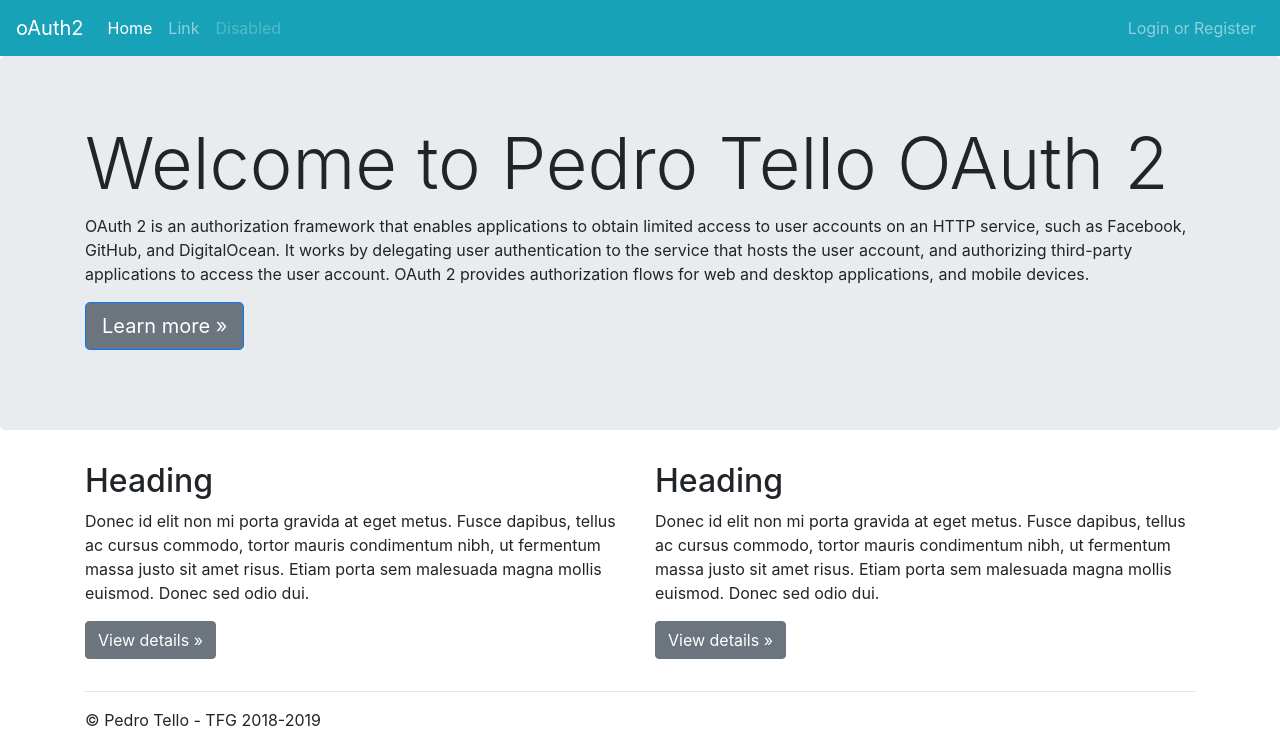
Repository: Xevit/eclipse-workspace
Page: AplicationOAuth2/src/main/webapp/index.html
These files come from the project's save history. The page is drawn as it stood at one moment and after the next save; the edit follows.
The browser window is 1280 px wide. The pictures show the whole page.
Some web libraries are served in a nearby version.

Above is the page before, as saved 2018-08-20 21:27:34.

After the next save:
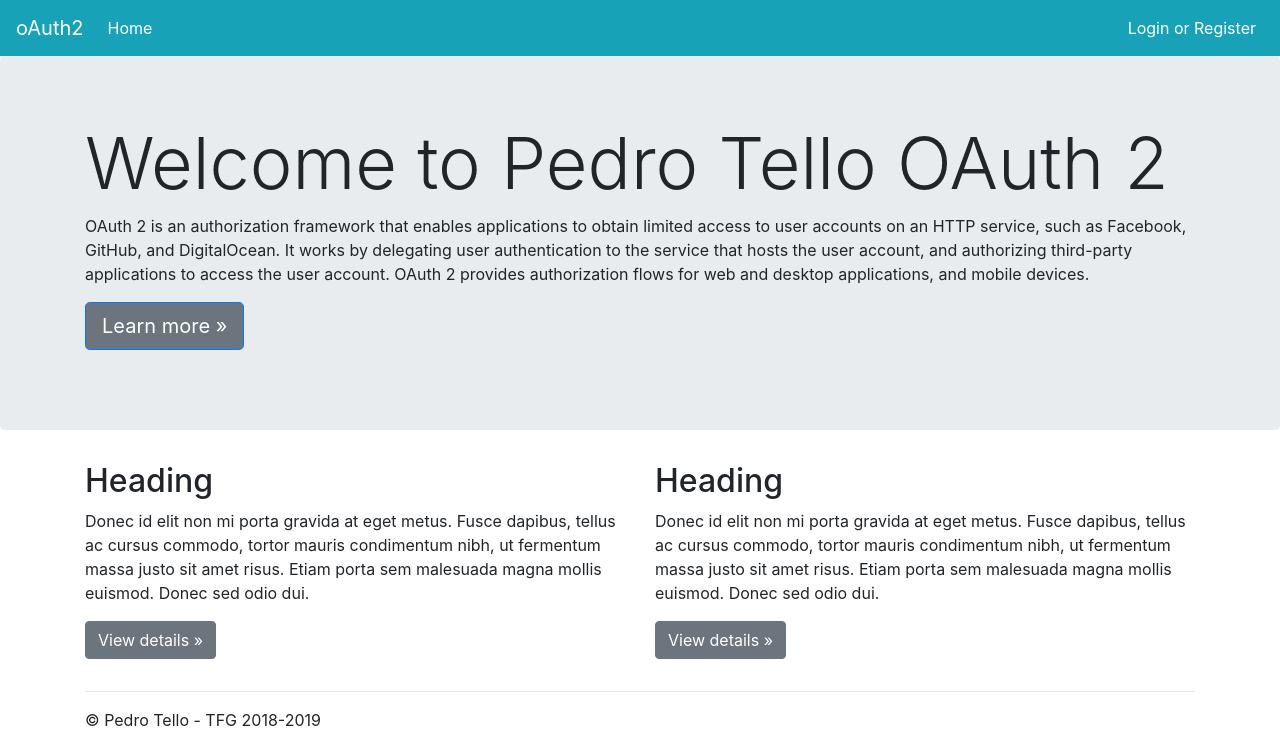
Saved 53 s later.
--- a/AplicationOAuth2/src/main/webapp/index.html
+++ b/AplicationOAuth2/src/main/webapp/index.html
@@ -17,12 +17,12 @@
           <li class="nav-item active">
             <a class="nav-link" href="#">Home <span class="sr-only">(current)</span></a>
           </li>
-          <li class="nav-item">
+          <!--<li class="nav-item">
             <a class="nav-link" href="#">Link</a>
           </li>
           <li class="nav-item">
             <a class="nav-link disabled" href="#">Disabled</a>
-          </li>
+          </li>-->
           <!--<li class="nav-item dropdown">
             <a class="nav-link dropdown-toggle" href="http://example.com" id="dropdown01" data-toggle="dropdown" aria-haspopup="true" aria-expanded="false">Dropdown</a>
             <div class="dropdown-menu" aria-labelledby="dropdown01">
@@ -33,7 +33,7 @@
           </li>-->
         </ul>
         <ul class="navbar-nav mr-right" >
-          <li class="nav-item">
+          <li class="nav-item active">
             <a class="nav-link" href="login.html">Login or Register</a>
           </li>
           <!--<input class="form-control mr-sm-2" type="text" placeholder="Search" aria-label="Search">-->
